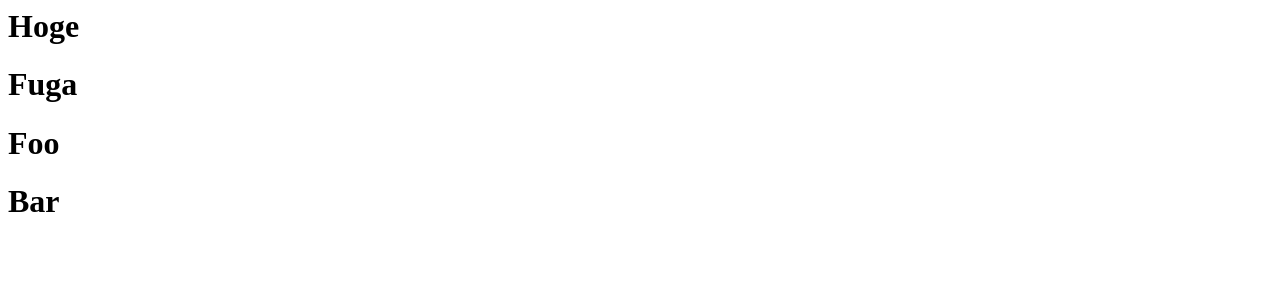
Repository: hikunn117/samurai_HTML-CSS
Page: abc.html
The author's editor kept a record of every edit. The page is drawn from the files as they stood at one moment, then again after the next edit.
The browser window is 1280 px wide. The pictures show the whole page.

Above is the page before.

After the next edit:
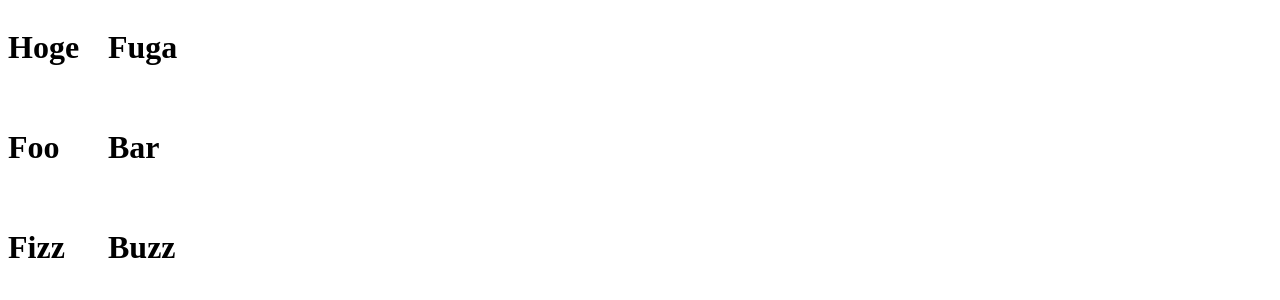
The edit:
--- a/abc.html
+++ b/abc.html
@@ -1,18 +1,21 @@
 <html lang="ja">
     <head>
         <style>
-            #flex-end {
-                display: flex;
-                align-content: flex-end;
+            #grid {
+                display: grid;
+                grid-template-columns: 100px 100px;
+                grid-template-rows: 100px 100px 100px;
             }
         </style>
     </head>
     <body>
-        <div id="space-around">
+        <div id="grid">
             <h1>Hoge</h1>
             <h1>Fuga</h1>
             <h1>Foo</h1>
             <h1>Bar</h1>
+            <h1>Fizz</h1>
+            <h1>Buzz</h1>
         </div>
     </body>
 </html>
